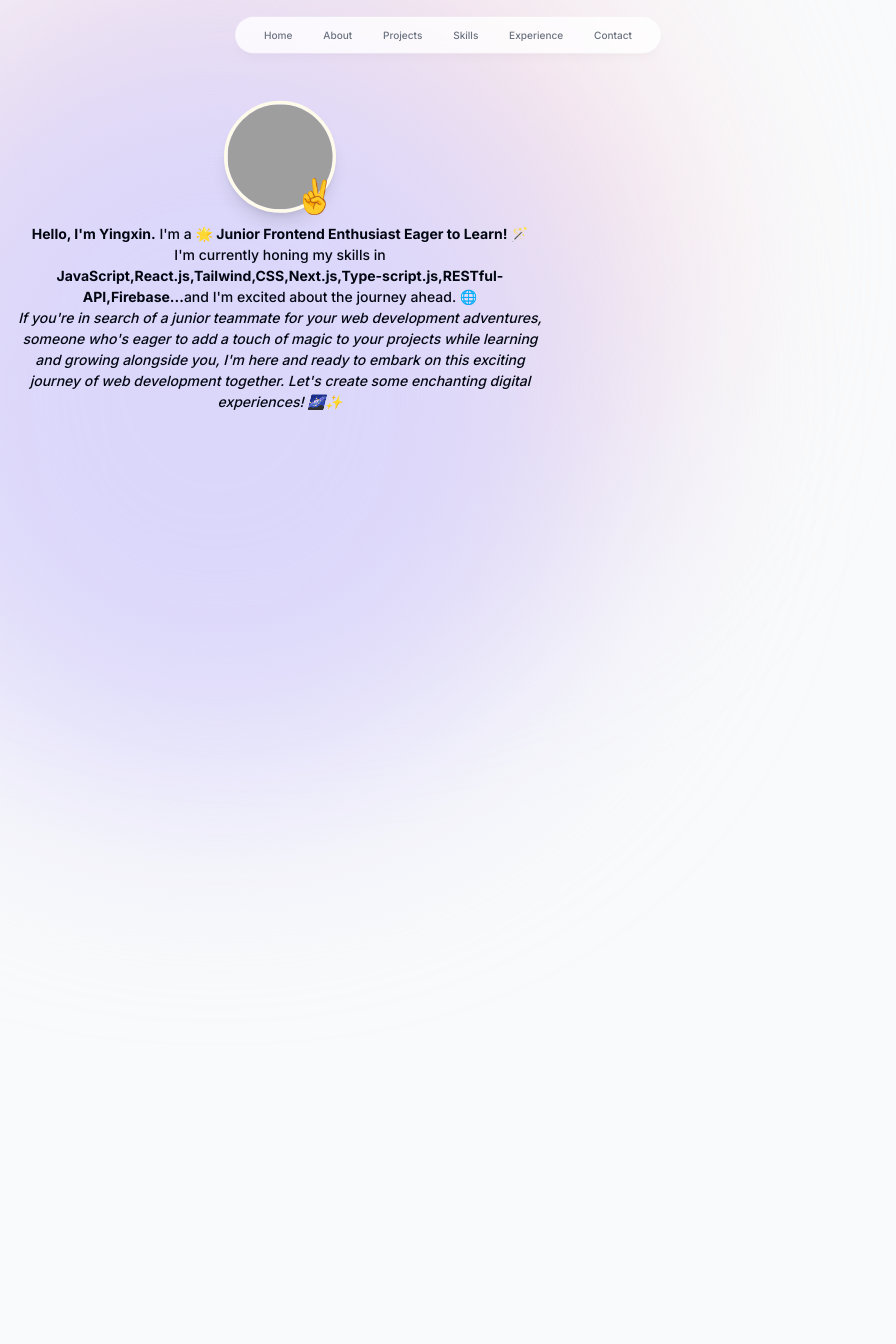
Repository: Tracy-maker/portfolio_website
Page: /
The author's editor kept a copy of each file at every save. The page is drawn from the files as they stood at one save, then again after the next save.
The browser window is 1280 px wide. The pictures show the part of the page from y = 0 to 1920 px (the page is 5000 px tall), at 70% of full size.
Pictures or frames that could not be fetched are drawn as grey boxes. The project was rebuilt for these pictures with package versions that can differ from the ones it lists, and the page was loaded fresh each time. The framework's server and built-in components were replaced by stand-ins that run in the browser. Also part of the build but not shown: next.config.js.

Above is the page before, as saved 2023-10-02 18:11:25.

### app/layout.tsx
import Header from "@/components/header";
import "./globals.css";
import type { Metadata } from "next";
import { Inter } from "next/font/google";

const inter = Inter({ subsets: ["latin"] });

export const metadata: Metadata = {
  title: "Yingxin_Zhang | Portfolio",
  description: "Yingxin_Zhang is a front-end developer",
};

export default function RootLayout({
  children,
}: {
  children: React.ReactNode;
}) {
  return (
    <html lang="en">
      <body
        className={`${inter.className} bg-gray-50 text-gray-950 relative h-[5000px] pt-28 sm:pt-36`}
      >
        <div className="bg-[#fbe2e3] absolute top-[-6rem] -z-10 right-[21rem] h-[56.25rem] w-[31.25rem] rounded-full blur-[10rem] sm:w-[68.75rem]"></div>
        <div className="bg-[#dbd7fb] absolute top-[-1rem] -z-10 left-[-45rem] h-[71.25rem] w-[-30rem] rounded-full blur-[10rem] sm:w-[68.75rem] md:left-[-33rem] lg:left-[-28rem] xl:left-[-15rem] 2xl:left-[-5rem]"></div>
        <Header />
        {children}
      </body>
    </html>
  );
}

### app/page.tsx
import Intro from "@/components/intro";
import Image from "next/image";

export default function Home() {
  return (
    <main className="flex flex-col">
      <Intro />
    </main>
  );
}

### components/header.tsx
"use client";
import { motion } from "framer-motion";
import { links } from "@/lib/data";
import Link from "next/link";

export default function Header() {
  return (
    <header className="z-[999] relative">
      <motion.div
        className="fixed top-0 left-1/2 h-[4.5rem] w-full
        rounded-none border border-white border-opacity-40
        bg-white bg-opacity-80 shadow-lg shadow-black/[0.03]
        backdrop-blur-[0.5rem] sm:top-6 sm:h-[3.25rem] sm:w-[38rem] sm:rounded-full"
        initial={{ y: -100, x: "-50%", opacity: 0 }}
        animate={{ y: 0, x: "-50%", opacity: 1 }}
      ></motion.div>

      <nav className="flex fixed top-[0.15rem] left-1/2 h-12 -translate-x-1/2 py-2 sm:top-[1.7rem] sm:h-[initial] sm:py-0">
        <ul className="flex w-[22rem] flex-wrap items-center justify-center gap-y-1 text-[0.9rem] font-medium text-gray-500 sm:w-[initial] sm:flex-nowrap sm:gap-5">
          {links.map((link) => (
            <motion.li
              className="h-3/4 flex items-center justify-center relative"
              key={link.hash}
              initial={{ y: -100, opacity: 0 }}
              animate={{ y: 0, opacity: 1 }}
            >
              <Link
                className="flex w-full items-center justify-center px-3 py-3 hover:text-gray-950 transition"
                href={link.hash}
              >
                {link.name}
              </Link>
            </motion.li>
          ))}
        </ul>
      </nav>
    </header>
  );
}

### components/intro.tsx
"use client";

import Image from "next/image";
import React from "react";
import { motion } from "framer-motion";

export default function Intro() {
  return (
    <section className="mb-28 max-w-[50rem] text-center sm:mb-0 scroll-mt-[100rem]">
      <div className="flex items-center justify-center">
        <div className="relative">
          <motion.div
            initial={{ opacity: 0, scale: 0 }}
            animate={{ opacity: 1, scale: 1 }}
            transition={{
              type: "tween",
              duration: 0.2,
            }}
          >
            <Image
              src="https://i.ibb.co/MRHHtS5/Wechat-IMG7.jpg"
              alt="Personal image"
              width="300"
              height="300"
              quality="90"
              priority={true}
              className="h-40 w-40 rounded-full object-cover border-[0.35rem] border-amber-50 shadow-xl"
            />
          </motion.div>

          <motion.span
            className="absolute bottom-0 right-0 text-5xl"
            initial={{ opacity: 0, scale: 0 }}
            animate={{ opacity: 1, scale: 1 }}
            transition={{
              type: "spring",
              stiffness: 125,
              delay: 0.1,
              duration: 0.7,
            }}
          >
            ✌️
          </motion.span>
        </div>
      </div>
      <motion.h6
        className="mb-10 mt-4 px-4 text-l font-medium !leading-[1.5] sm:text-xl"
        initial={{ opacity: 0, y: 100 }}
        animate={{ opacity: 1, y: 0 }}
      >
        <span className="font-bold">Hello, I'm Yingxin.</span> I'm a{" "}
        <span className="font-bold">
          🌟 Junior Frontend Enthusiast Eager to Learn! 🪄
        </span>
        <br />
        I'm currently honing my skills in
        <span className="font-bold">
          {""}{" "}
          JavaScript,React.js,Tailwind,CSS,Next.js,Type-script.js,RESTful-API,Firebase...
        </span>
        and I'm excited about the journey ahead. 🌐
        <br />
        <span className="italic">
          If you're in search of a junior teammate for your web development
          adventures, someone who's eager to add a touch of magic to your
          projects while learning and growing alongside you, I'm here and ready
          to embark on this exciting journey of web development together. Let's
          create some enchanting digital experiences! 🌌✨
        </span>
      </motion.h6>
    </section>
  );
}

### lib/data.ts
import React from "react";
import { CgWorkAlt } from "react-icons/cg";
import { FaReact } from "react-icons/fa";
import { LuGraduationCap } from "react-icons/lu";
import p1Img from "@/public/p1.png";
import p2Img from "@/public/p2.png";
import p3Img from "@/public/p3.png";

export const links = [
  {
    name: "Home",
    hash: "#home",
  },
  {
    name: "About",
    hash: "#about",
  },
  {
    name: "Projects",
    hash: "#projects",
  },
  {
    name: "Skills",
    hash: "#skills",
  },
  {
    name: "Experience",
    hash: "#experience",
  },
  {
    name: "Contact",
    hash: "#contact",
  },
] as const;

export const experiencesData = [
  {
    title: "Graduated bootcamp",
    location: "Miami, FL",
    description:
      "I graduated after 6 months of studying. I immediately found a job as a front-end developer.",
    icon: React.createElement(LuGraduationCap),
    date: "2019",
  },
  {
    title: "Front-End Developer",
    location: "Orlando, FL",
    description:
      "I worked as a front-end developer for 2 years in 1 job and 1 year in another job. I also upskilled to the full stack.",
    icon: React.createElement(CgWorkAlt),
    date: "2019 - 2021",
  },
  {
    title: "Full-Stack Developer",
    location: "Houston, TX",
    description:
      "I'm now a full-stack developer working as a freelancer. My stack includes React, Next.js, TypeScript, Tailwind, Prisma and MongoDB. I'm open to full-time opportunities.",
    icon: React.createElement(FaReact),
    date: "2021 - present",
  },
] as const;

export const projectsData = [
  {
    title: "CorpComment",
    description:
      "I worked as a full-stack developer on this startup project for 2 years. Users can give public feedback to companies.",
    tags: ["React", "Next.js", "MongoDB", "Tailwind", "Prisma"],
    imageUrl: p1Img,
  },
  {
    title: "rmtDev",
    description:
      "Job board for remote developer jobs. I was the front-end developer. It has features like filtering, sorting and pagination.",
    tags: ["React", "TypeScript", "Next.js", "Tailwind", "Redux"],
    imageUrl: p2Img,
  },
  {
    title: "Word Analytics",
    description:
      "A public web app for quick analytics on text. It shows word count, character count and social media post limits.",
    tags: ["React", "Next.js", "SQL", "Tailwind", "Framer"],
    imageUrl: p3Img,
  },
] as const;

export const skillsData = [
  "HTML",
  "CSS",
  "JavaScript",
  "TypeScript",
  "React",
  "Next.js",
  "Git",
  "MUI-material",
  "Tailwind",
  "REST-API",
  "PostgreSQL",
  "Framer Motion",
] as const;

Loaded but not shown: app/globals.css (common file); tailwind.config.ts (common file)

After the next save:
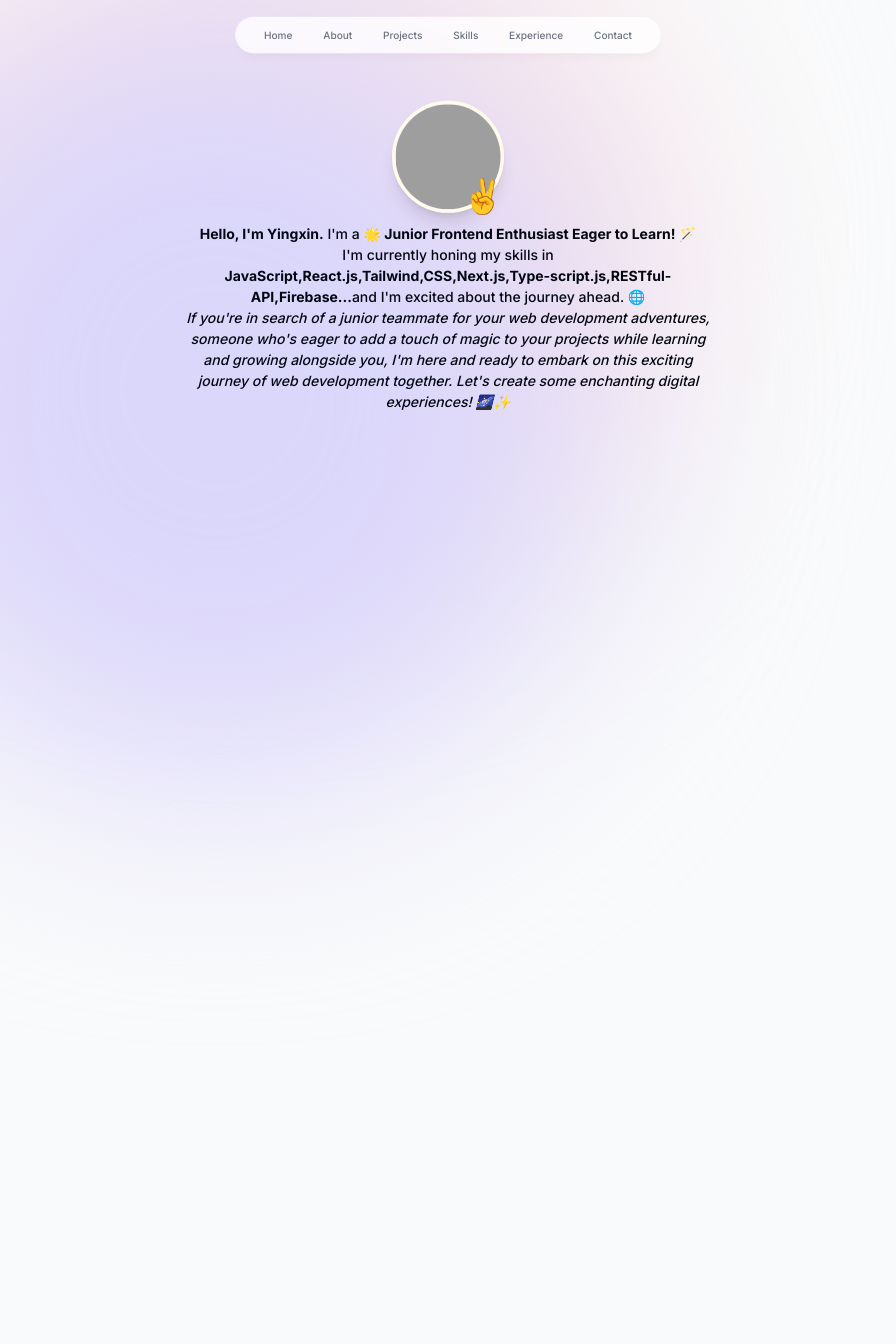
Saved 15 s later.
--- a/app/page.tsx
+++ b/app/page.tsx
@@ -3,7 +3,7 @@ import Image from "next/image";
 
 export default function Home() {
   return (
-    <main className="flex flex-col">
+    <main className="flex flex-col items-center">
       <Intro />
     </main>
   );
